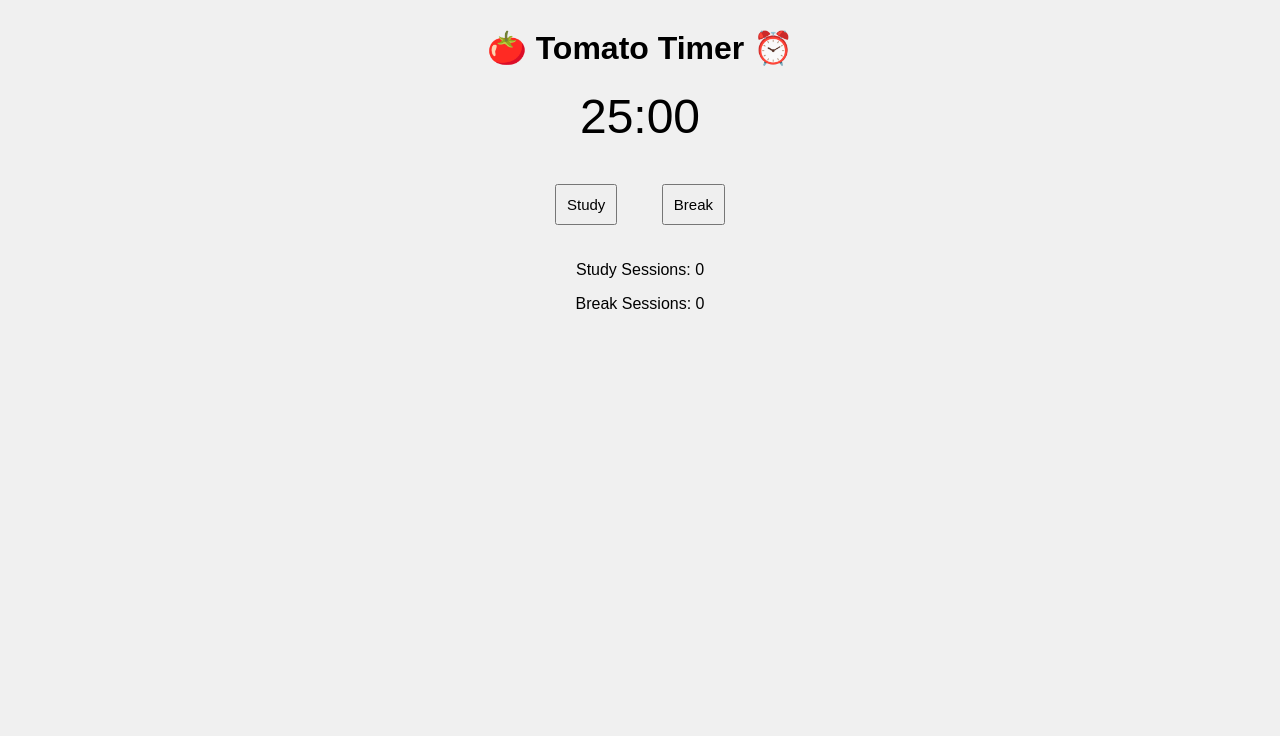
Repository: valentinaarojas/tomato-timer
Page: index.html
An editor plug-in stored every save of this project. The page is shown before and after the next save, followed by the edit.
The browser window is 1280 px wide. The pictures show the whole page.

Above is the page before, as saved 2025-02-06 20:09:44.

After the next save:
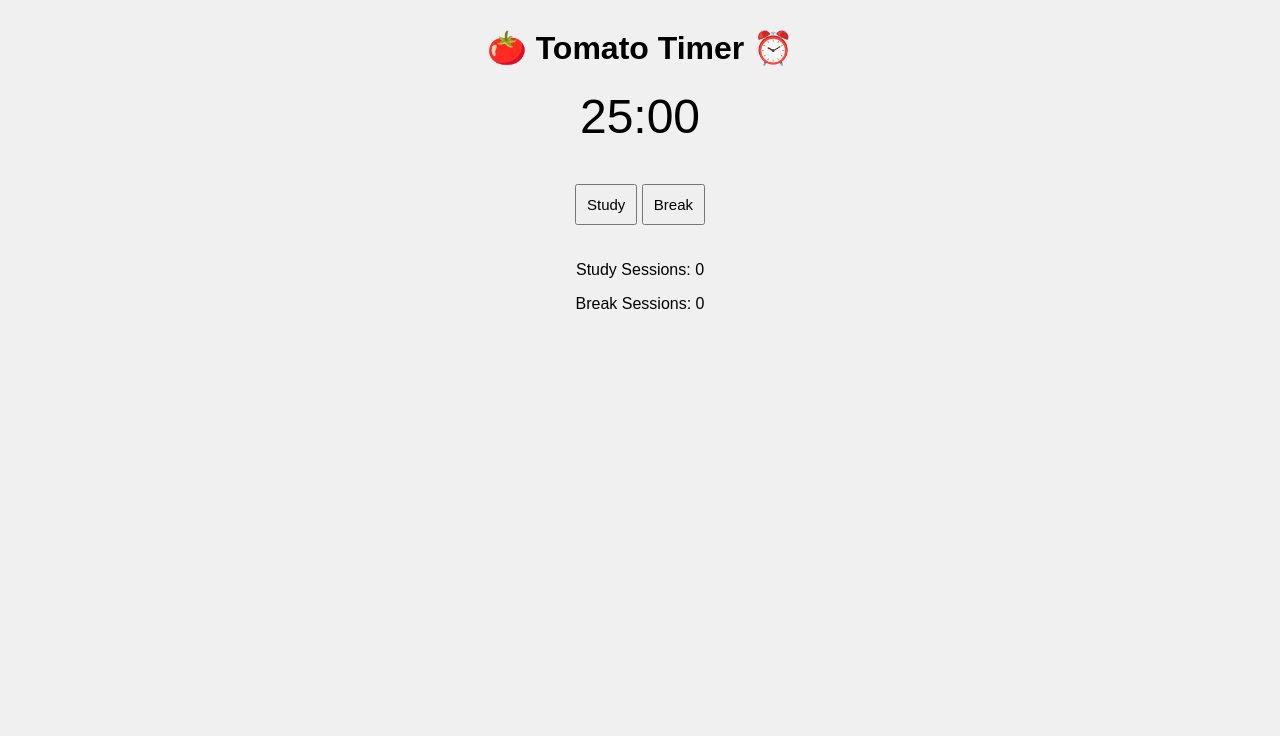
Saved 11 s later.
--- a/styles.css
+++ b/styles.css
@@ -18,6 +18,6 @@ body {
 
 #buttons button {
     font-size: 15px;
-    margin: 20px;
+    margin: 20px 0;
     padding: 10px;
 }
